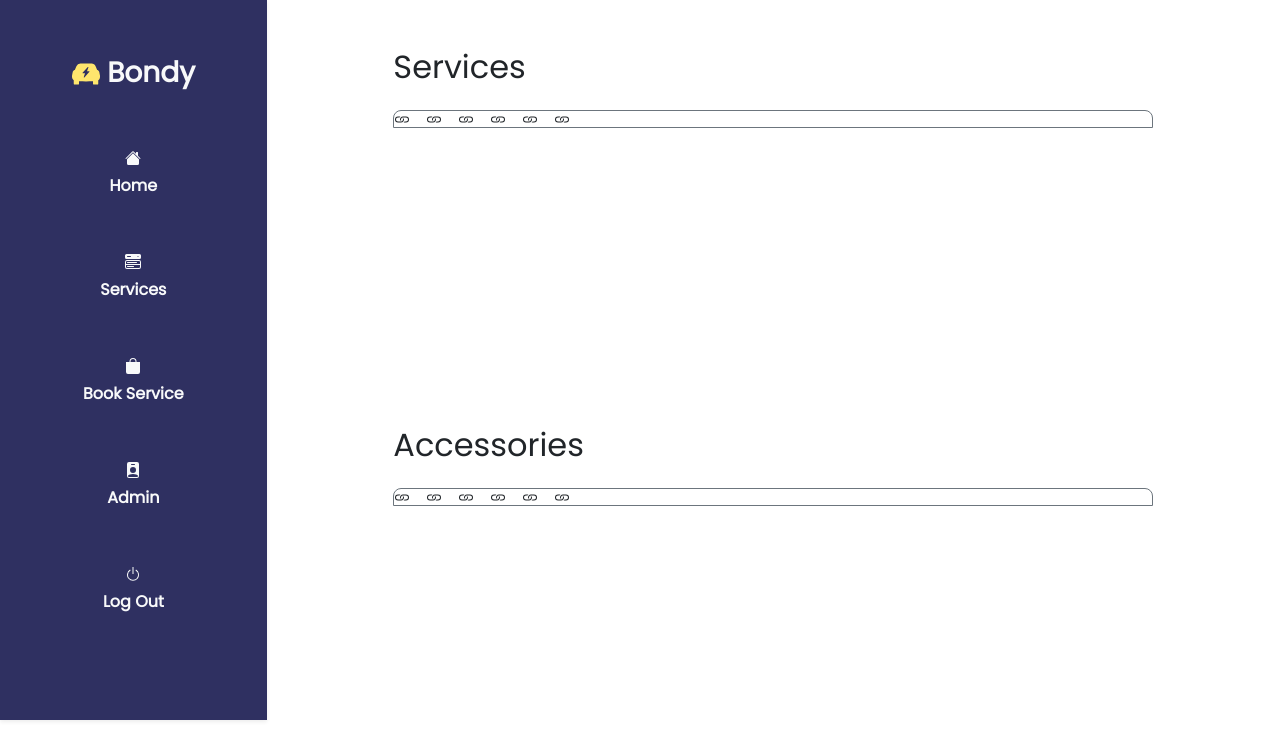
Repository: duzzisantos/bondy
Page: /
An editor plug-in stored every save of this project. The page is shown before and after the next save, followed by the edit.
The browser window is 1280 px wide. The pictures show the whole page.
Some web libraries are served in a nearby version. The project was rebuilt for these pictures with package versions that can differ from the ones it lists, and the page was loaded fresh each time.

Above is the page before, as saved 2023-06-18 00:39:55.

After the next save:
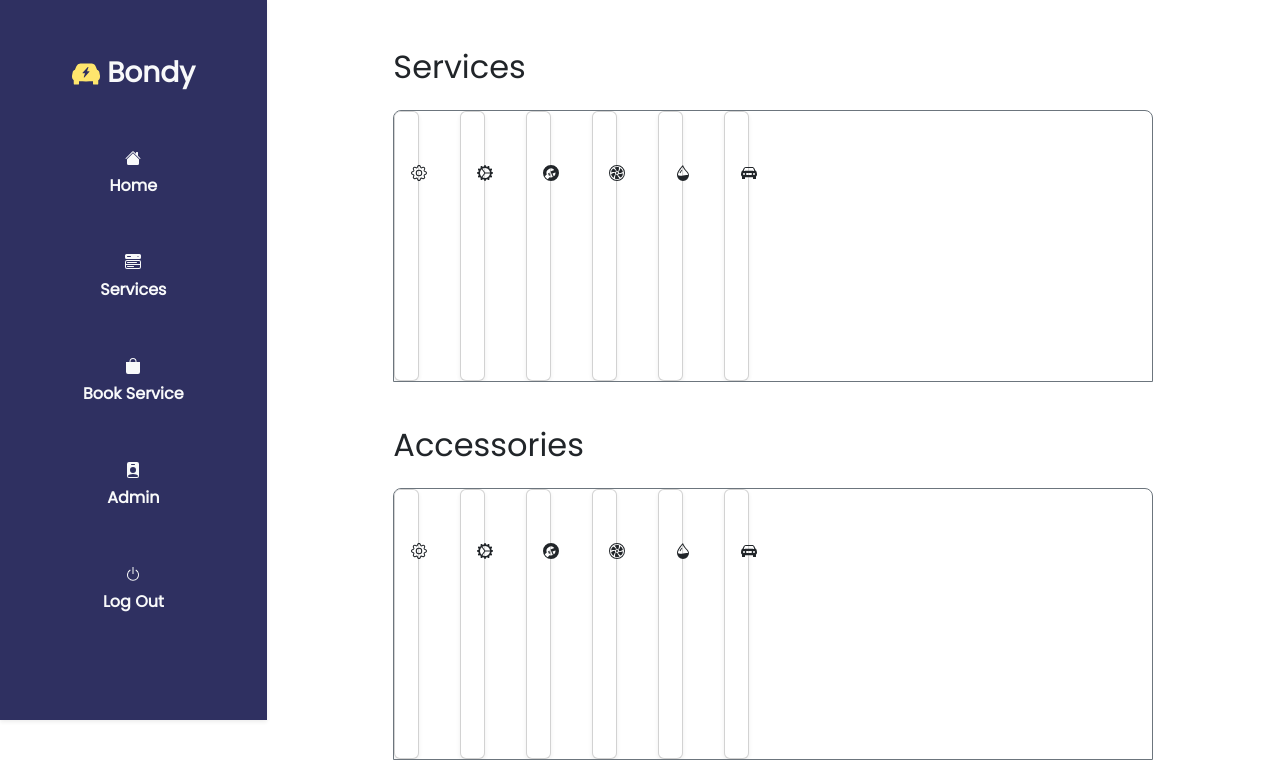
Saved 35 s later.
--- a/src/components/Home/LandingPageScrollContainer.tsx
+++ b/src/components/Home/LandingPageScrollContainer.tsx
@@ -2,7 +2,7 @@ import { CardHeader } from "@mui/material";
 import React, { FunctionComponent } from "react";
 import "../../App.css";
 import { Card } from "react-bootstrap";
-import { Link } from "react-bootstrap-icons";
+import { Link } from "react-router-dom";
 
 interface ScrollContainerProps {
   content: any[];
